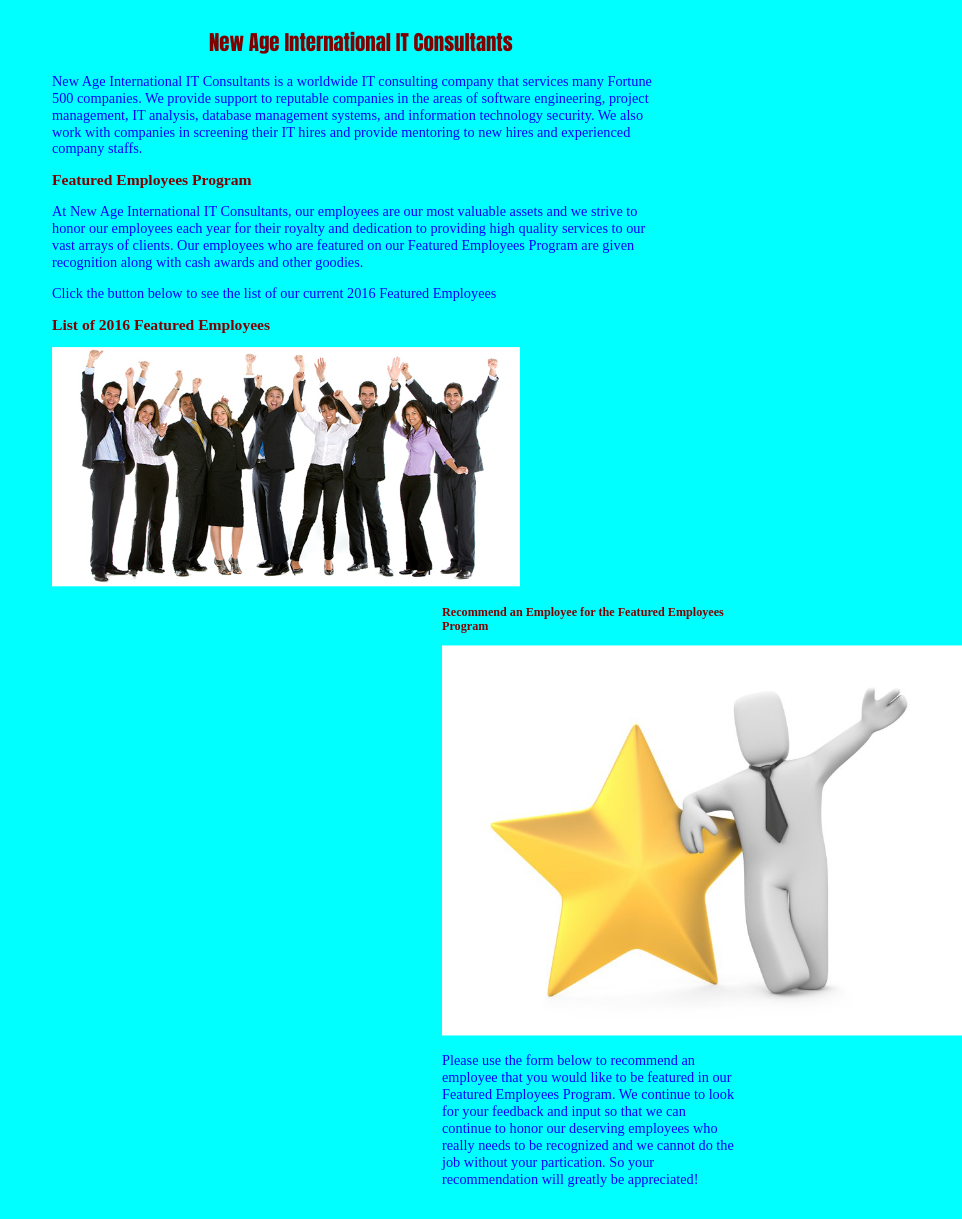
Repository: myjavaweb2/Week5JDBCAssignments
Page: myweek4project/src/main/webapp/employee.html
The author's editor kept a copy of each file at every save. The page is drawn from the files as they stood at one save, then again after the next save.
The browser window is 1280 px wide. The page is 1480 px wide, then 1280 px, so the pictures cover 1480 px, including what lies to the right of the window. The pictures show the whole page, at 65% of full size.

Above is the page before, as saved 2016-08-30 18:03:10.

### myweek4project/src/main/webapp/employee.html
<!DOCTYPE html>
<html>
<head>
<meta charset="ISO-8859-1">
<title>Employee Recognition Program</title>

<link rel="stylesheet" type="text/css" href="styles.css">
</head>
<body>

<main>
<h1>New Age International IT Consultants</h1>
<p>New Age International IT Consultants is a worldwide IT consulting company
that services many Fortune 500 companies. We provide support to reputable
companies in the areas of software engineering, project management, IT analysis,
database management systems, and information technology security. We also work
with companies in screening their IT hires and provide mentoring to new hires
and experienced company staffs.</p>

<h2>Featured Employees Program</h2>
<p>At New Age International IT Consultants, our employees are our most valuable
assets and we strive to honor our employees each year for their royalty and
dedication to providing high quality services to our vast arrays of clients.
Our employees who are featured on our Featured Employees Program are given
recognition along with cash awards and other goodies.</p>




<p>Click the button below to see the list of our current 2016 Featured Employees</p>

<h2>List of 2016 Featured Employees</h2>

<img alt="2016 Featured Employees" src="images/employees.jpg">

</main>

<aside>
<h3>Recommend an Employee for the Featured Employees Program</h3>

<img alt="2016 Featured Employees" src="images/employee_pride.jpg">

<p>Please use the form below to recommend an employee that you would like to be
featured in our Featured Employees Program. We continue to look for your feedback
and input so that we can continue to honor our deserving employees who really
needs to be recognized and we cannot do the job without your partication.
So your recommendation will greatly be appreciated!</p>
</aside>

<footer>

</footer>

</body>
</html>

### myweek4project/src/main/webapp/styles.css
html, body {
	margin: 0;
	padding: 0;
	border: 0;
	font-size: 100%;
	background-color: aqua;
}

header {
	height: 135px;
}

main {
	width: 950px;
	background-color: aqua;
	float: left;
	padding-left: 0;
	padding-right: 0;
	position: relative;
	right: 20px;
  	left: 80px;
  	top: 20px;
  	bottom: 15px;
}

aside {
	width: 450px;
	background-color: aqua;
	float: right;
	padding: 25px;
	padding-right: 150px;
}

footer {
	clear: left;
	padding: 35px;
	border: 5px;
	text-align: center;
}

p {
	font-style: Times New Roman, Tahoma, sans serif;
	font-size: 22px;
	color: blue;
}

h1, h2, h3 {
	font-family: fantasy, serif;
	color:maroon;
}

h1 {
	font-family: "Helvetica-Bold",Impact, sans serif;
	text-align: center;

}

ul {
	color:teal;
	font-size: 20px;
}
a {
	color: purple;
	text-decoration: none;
}

a:hover {

    text-decoration: line-through;
}

After the next save:
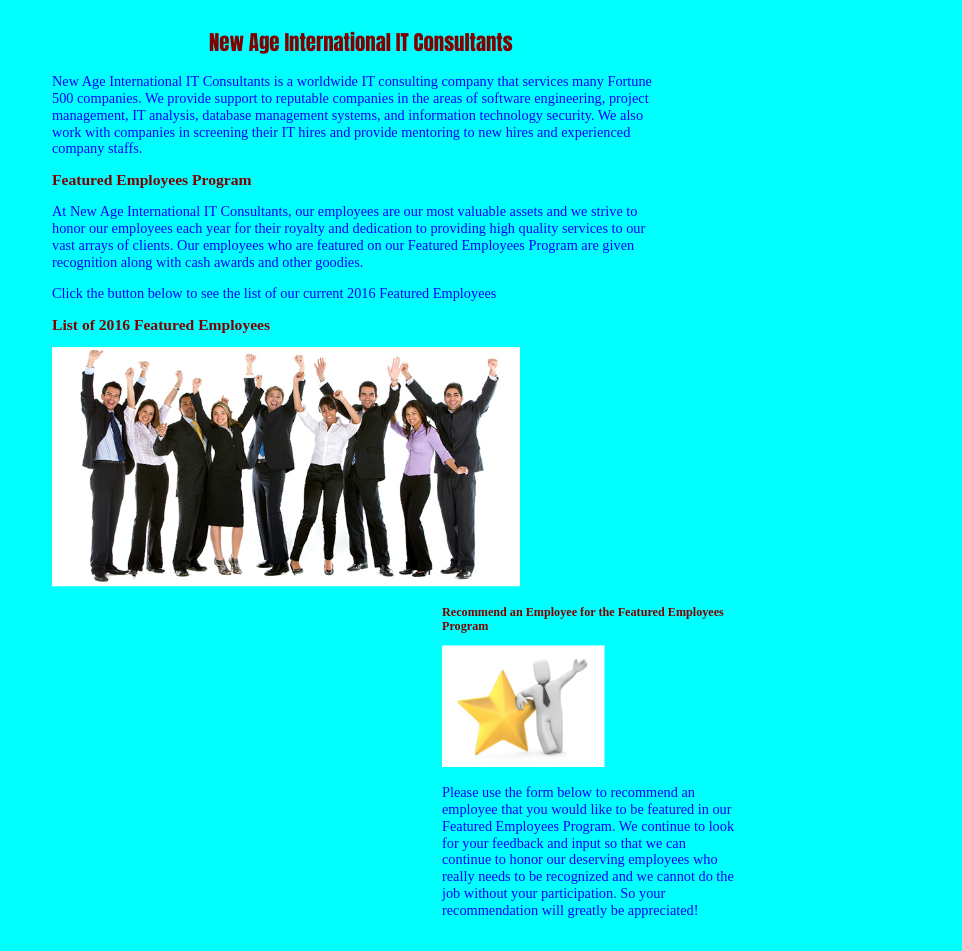
Saved 92 s later.
--- a/myweek4project/src/main/webapp/employee.html
+++ b/myweek4project/src/main/webapp/employee.html
@@ -38,13 +38,14 @@ recognition along with cash awards and other goodies.</p>
 <aside>
 <h3>Recommend an Employee for the Featured Employees Program</h3>
 
-<img alt="2016 Featured Employees" src="images/employee_pride.jpg">
+<img alt="2016 Featured Employees" src="images/employee_pride.jpg" width="250px">
 
 <p>Please use the form below to recommend an employee that you would like to be
 featured in our Featured Employees Program. We continue to look for your feedback
 and input so that we can continue to honor our deserving employees who really
-needs to be recognized and we cannot do the job without your partication.
+needs to be recognized and we cannot do the job without your participation.
 So your recommendation will greatly be appreciated!</p>
+
 </aside>
 
 <footer>
